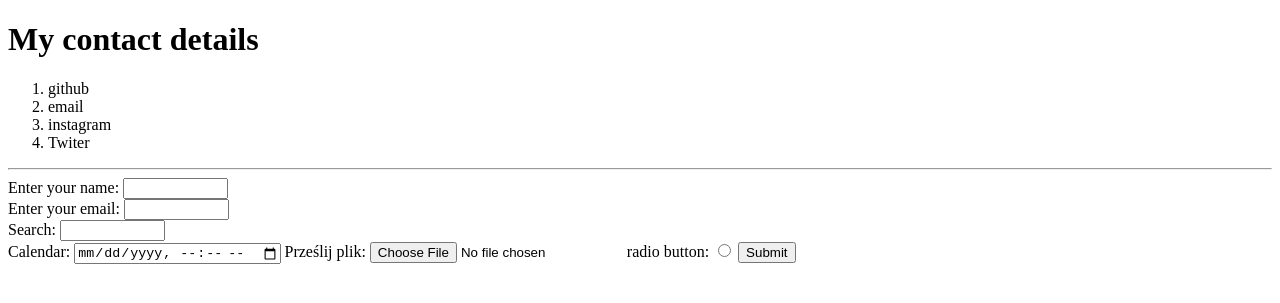
Repository: ew-code/Web-Development
Page: HTML - Personal Site/contact.html
An editor plug-in stored every save of this project. The page is shown before and after the next save, followed by the edit.
The browser window is 1280 px wide. The pictures show the whole page.

Above is the page before, as saved 2021-01-04 23:35:42.

After the next save:
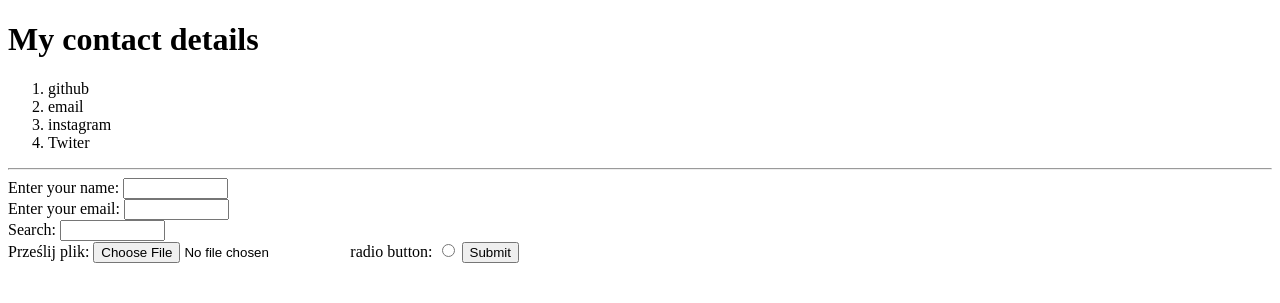
Saved 5 s later.
--- a/HTML - Personal Site/contact.html
+++ b/HTML - Personal Site/contact.html
@@ -24,8 +24,8 @@
     <input type="email" name="email" id="email" minlength="4" maxlength="50" size="10"><br>
     <label for="Search">Search:</label>
     <input type="search" name="search" id="search" minlength="4" maxlength="50" size="10"><br>
-    <label for="Calendar">Calendar:</label>
-    <input type="datetime-local" name="Calendar" id="search" minlength="4" maxlength="50" size="10">
+
+
     <label for="file">Prześlij plik:</label>
     <input type="file" name="file" id="file" accept="image/png, image/jpeg">
      <label for="radio">radio button:</label>
